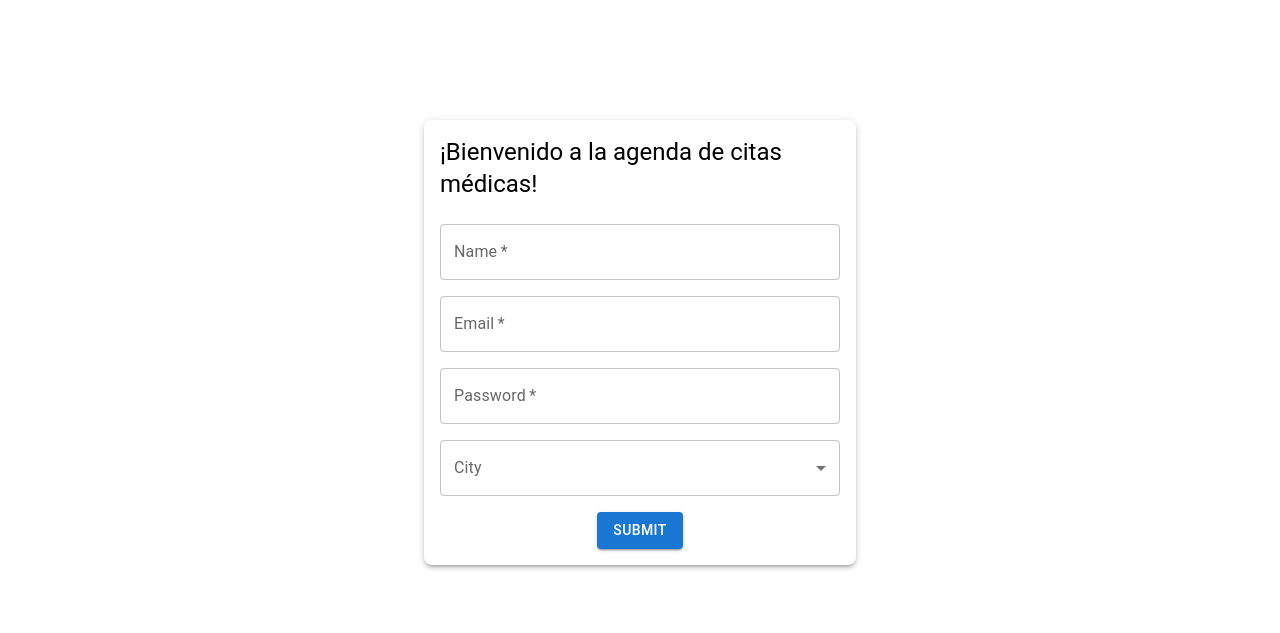
Repository: nicoleabaddd/FormReactJs
Page: /
These files come from the project's save history. The page is drawn as it stood at one moment and after the next save; the edit follows.
The browser window is 1280 px wide. The pictures show the whole page.
The project was rebuilt for these pictures with package versions that can differ from the ones it lists, and the page was loaded fresh each time. Also part of the build but not shown: src/App.css.

Above is the page before, as saved 2024-07-15 00:59:02.

After the next save:
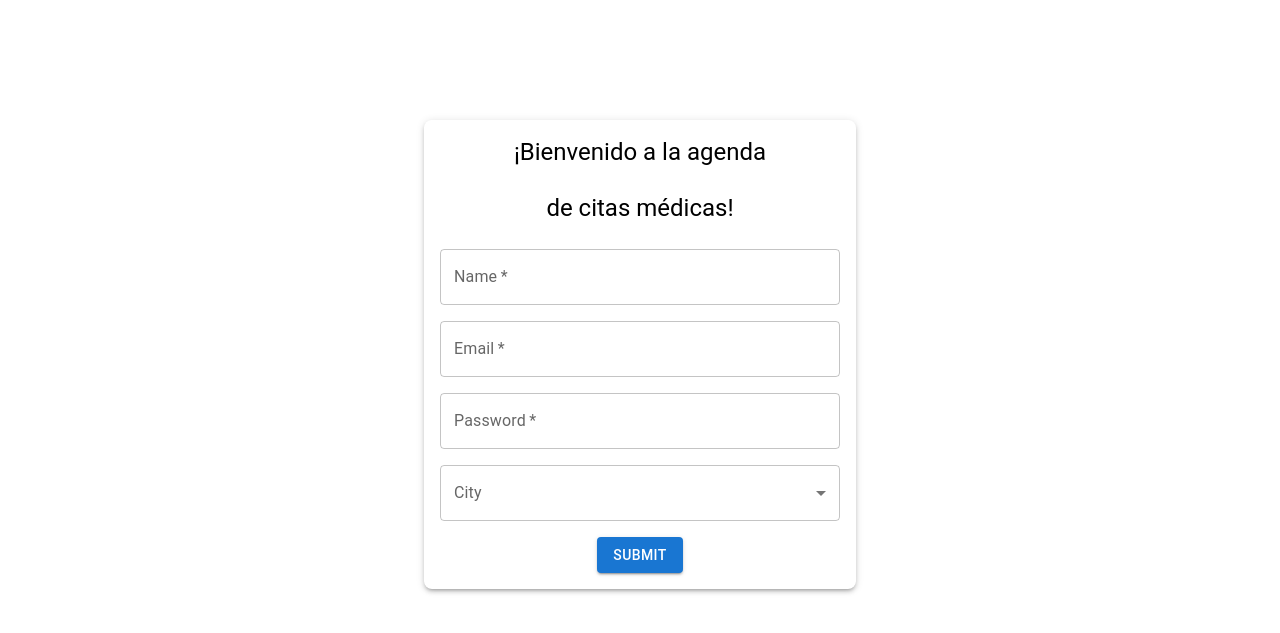
Saved 4 min 24 s later.
--- a/src/components/formulario.jsx
+++ b/src/components/formulario.jsx
@@ -72,8 +72,13 @@ import {
         }}
       >
         <Typography variant="h5" component="h1" gutterBottom>
-          ¡Bienvenido a la agenda de citas médicas!
+          ¡Bienvenido a la agenda
         </Typography>
+
+        <Typography variant="h5" component="h1" gutterBottom>
+          de citas médicas!
+        </Typography>
+
         <TextField
           label="Name"
           name="name"
